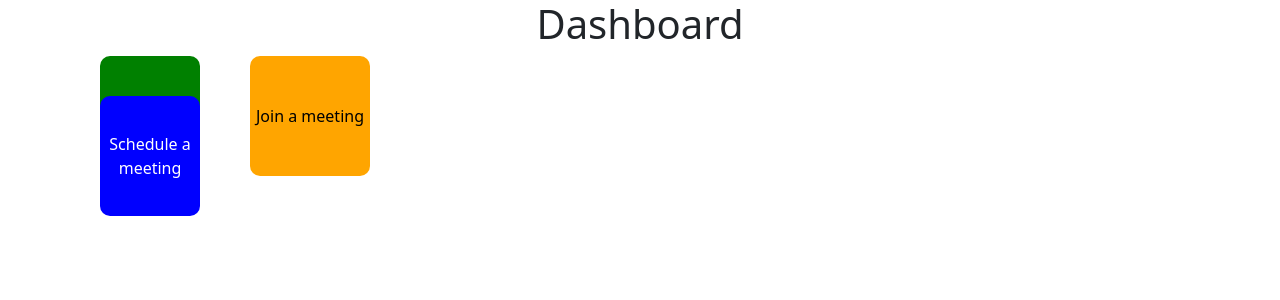
Repository: sreech465/myexam
Page: /
An editor plug-in stored every save of this project. The page is shown before and after the next save, followed by the edit.
The browser window is 1280 px wide. The pictures show the whole page.
The project was rebuilt for these pictures with package versions that can differ from the ones it lists, and the page was loaded fresh each time. Also part of the build but not shown: src/Jmeet.js, src/Smeet.js, src/Joinmeet.js.

Above is the page before, as saved 2023-01-14 17:31:41.

After the next save:
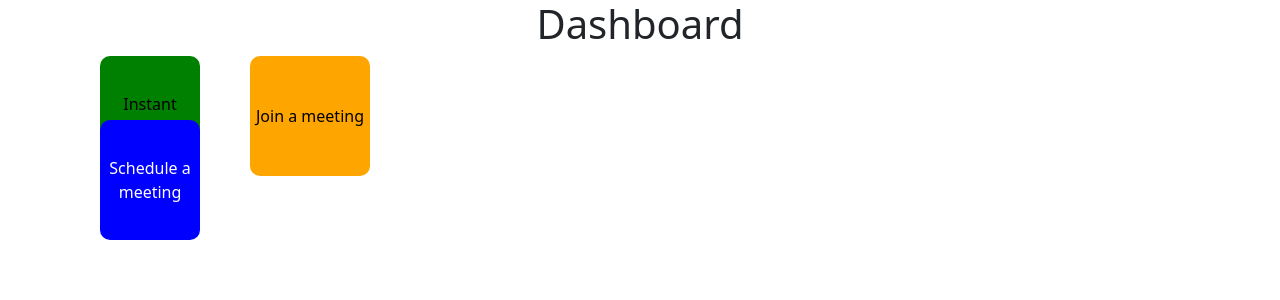
Saved 16 s later.
--- a/src/Details.js
+++ b/src/Details.js
@@ -54,6 +54,7 @@ const Details = () => {
           height: 120,
           left: 100,
           position: "fixed",
+          top: 80,
         }}
         onClick={handleSchedule}
       >
